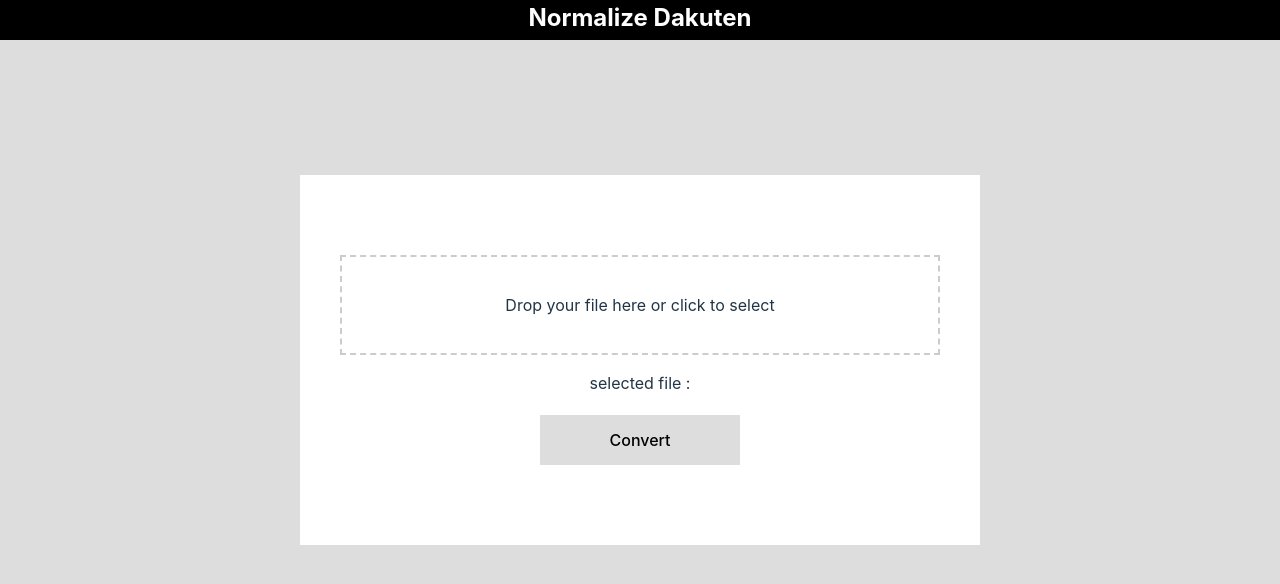
Repository: CatHandsService/normalize_dakuten
Page: / (app in front/)
An editor plug-in stored every save of this project. The page is shown before and after the next save, followed by the edit.
The browser window is 1280 px wide. The pictures show the whole page.
The project was rebuilt for these pictures with package versions that can differ from the ones it lists, and the page was loaded fresh each time. Also part of the build but not shown: front/vite.config.ts.

Above is the page before, as saved 2024-01-27 17:09:47.

### front/src/App.tsx
import './App.css'
import { Header } from './components/Header'
import { ImportFile } from './components/ImportFile'

function App() {

  return (
    <div className='main'>
      <Header />
      <div className='container'>
        <ImportFile />
      </div>
    </div>
  )
}

export default App

### front/src/App.css
#root {
  max-width: 1280px;
  margin: 0 auto;
  padding: 2rem;
  text-align: center;
}

body {
  background-color: #ddd;
}

.header {
  width: 100%;
  height: 40px;
  background-color: #000;
  color: #fff;
  font-size: 24px;
  font-weight: bold;
  text-align: center;
  position: fixed;
  left: 0;
  top: 0;
}
.container {
  width: 600px;
  /* height: 300px; */
  margin: 60px auto;
  padding: 80px 40px;
  background-color: #fff;
  display: flex;
  flex-direction: column;
  justify-content: space-between;
}

.inputField {
  width: 400px;
  height: 300px;
}

.convert {
  width: 200px;
  height: 50px;
  margin-top: 20px;
  border-radius: 0;
}

.valid {
  background-color: #f00;
}

.failed {
  background-color: #ddd;
}

.message {
  margin-bottom: 0;
}

.validMessage {
  color: blue;
  font-size: 24px;
  font-weight: bold;
}

.failedMessage {
  color: red;
  font-size: 24px;
  font-weight: bold;
}

### front/src/components/Header.tsx
import '../App.css'

export const Header = () => {
  return (
    <div className="header">
      Normalize Dakuten
    </div>
  )
}

### front/src/components/ImportFile.tsx
import '../App.css'
import React, { useCallback, useState } from 'react';
import { useDropzone } from 'react-dropzone';
import { Convert } from './Convert';

export const ImportFile = () => {
  const [selectedFile, setSelectedFile] = useState<File | null>(null);
  const [fileName, setFileName] = useState<string>('');
  const [validMessage, setValidMessage] = useState<string>('');
  const [errorMessage, setErrorMessage] = useState<string>('');

  const onDrop = useCallback((acceptedFiles: File[]) => {
    // ファイルが選択された時の処理
    const file = acceptedFiles[0];
    setSelectedFile(file);
    setFileName(file.name);

    // エクセルで取り扱えるファイルかどうかのバリデーションを実行
    if (validateFile(file)) {
      // バリデーションが通れば、ここで必要な処理を実行
      setErrorMessage("");
      setValidMessage('The file is a file that can be handled by Excel.');
      console.log('The file is a file that can be handled by Excel.');
    } else {
      // バリデーションが通らない場合はエラーメッセージを表示などの処理を実行
      console.error('This file cannot be handled by Excel.');
      // window.confirm("This file cannot be handled by Excel.");
      setValidMessage("");
      setErrorMessage("This file cannot be handled by Excel.");
      setSelectedFile(null);
      // setFileName('');
    }
  }, []);

  const validateFile = (file: File): boolean => {
    // エクセルで取り扱えるかのバリデーションロジックをここに実装
    // 例として、拡張子がxlsxの場合にtrueを返すものとします
    return file.name.toLowerCase().endsWith('.xlsx');
  };

  const { getRootProps, getInputProps } = useDropzone({
    onDrop,
    multiple: false, // 一度に複数のファイルを選択できないようにする
    accept: '.xlsx', // 受け入れるファイルの種類を指定
  });

  return (
    <div>
      <div {...getRootProps()} style={dropzoneStyles}>
        <input className='inputField' {...getInputProps()} />
        <p>Drop your file here or click to select</p>
        {validMessage !== ""
            ? <p className='validMessage'>{validMessage}</p>
            : errorMessage !== ""
              ? <p className='failedMessage'>{errorMessage}</p>
              : null
        }
      </div>
      <p className='message'>selected file : {fileName}</p>
      <Convert selectedFile={selectedFile}/>
    </div>
  );
};

const dropzoneStyles: React.CSSProperties = {
  border: '2px dashed #cccccc',
  padding: '20px',
  textAlign: 'center',
  cursor: 'pointer',
};

### front/src/components/Convert.tsx
import '../App.css'

export const Convert = (props: any) => {
  return (
    <div>
      <button
        className={
          props.selectedFile !== null
          ? 'convert valid'
          : 'convert failed'
        }
      >
        Convert
      </button>
    </div>
  )
}

Loaded but not shown: front/index.html (common file); front/src/main.tsx (common file); front/src/index.css (common file)

After the next save:
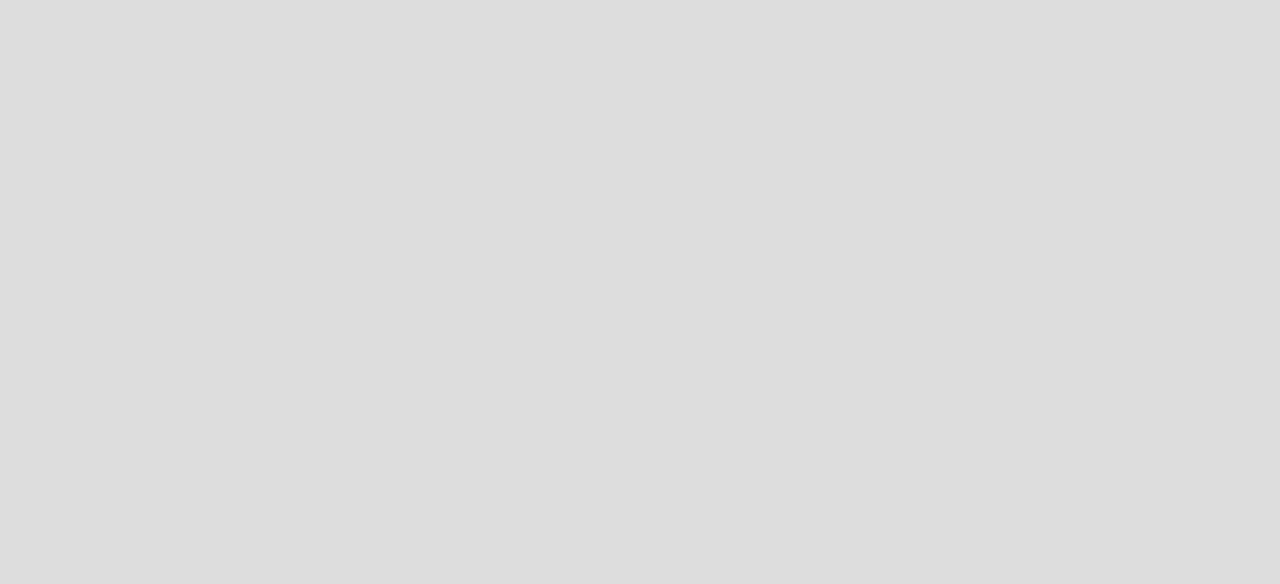
Console error: ReferenceError: handleExport is not defined
Saved 3 min 0 s later.
--- a/front/src/components/Convert.tsx
+++ b/front/src/components/Convert.tsx
@@ -9,6 +9,7 @@ export const Convert = (props: any) => {
           ? 'convert valid'
           : 'convert failed'
         }
+        onClick={handleExport}
       >
         Convert
       </button>

After the save that followed:
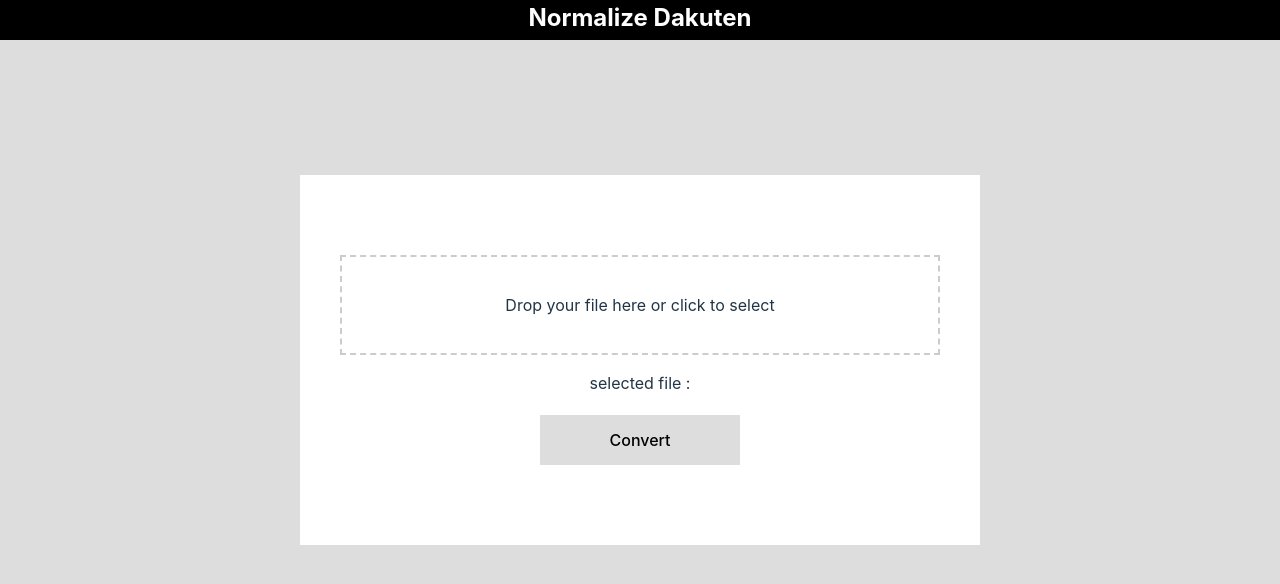
The error is gone.
Saved 101 s later.
--- a/front/src/components/Convert.tsx
+++ b/front/src/components/Convert.tsx
@@ -1,6 +1,23 @@
 import '../App.css'
 
 export const Convert = (props: any) => {
+  const handleExport = () => {
+    const blob = new Blob([data], { type: 'application/octet-stream' });
+    const url = URL.createObjectURL(blob);
+
+    const link = document.createElement('a');
+    link.href = url;
+    link.download = fileName;
+    document.body.appendChild(link);
+
+    // クリックしてダウンロードをトリガー
+    link.click();
+
+    // 不要な要素を削除
+    document.body.removeChild(link);
+    URL.revokeObjectURL(url);
+  };
+
   return (
     <div>
       <button
